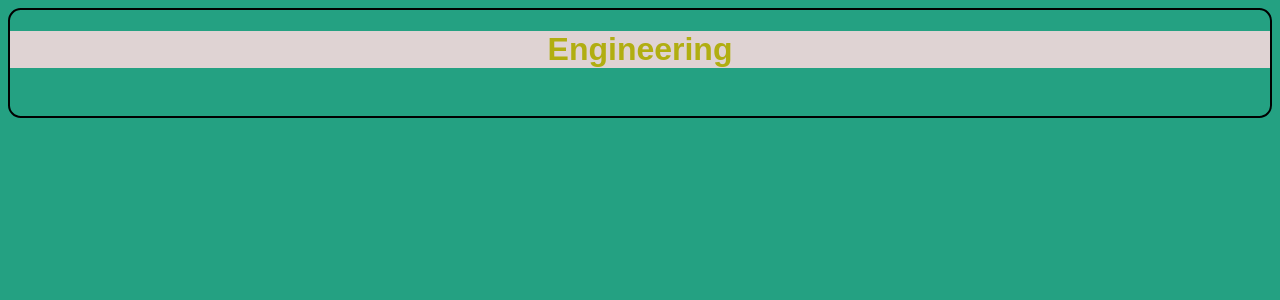
Repository: batmit/FutureFundation.github.io-1
Page: menu/articles/engineering/engineering.html
An editor plug-in stored every save of this project. The page is shown before and after a run of saves, followed by the edit.
The browser window is 1280 px wide. The pictures show the whole page.

Above is the page before, as saved 2021-11-04 12:32:33.

After the next 2 saves:
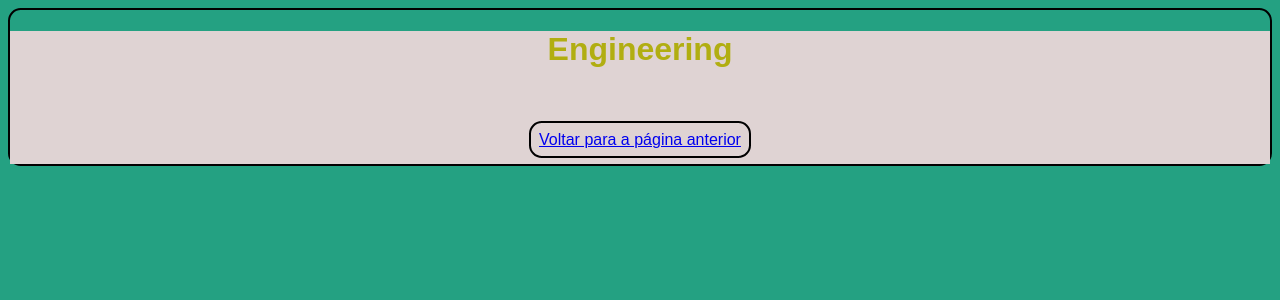
The 2 saves are shown as one change because they came seconds apart.
The last was saved 26 s later.
--- a/menu/articles/engineering/engineering.html
+++ b/menu/articles/engineering/engineering.html
@@ -12,6 +12,11 @@
         <header>
             <h1>Engineering</h1>
         </header>
+
+
+
+
+        <a href="../articles.html">Voltar para a página anterior</a>
     </div>
 </body>
 </html>
